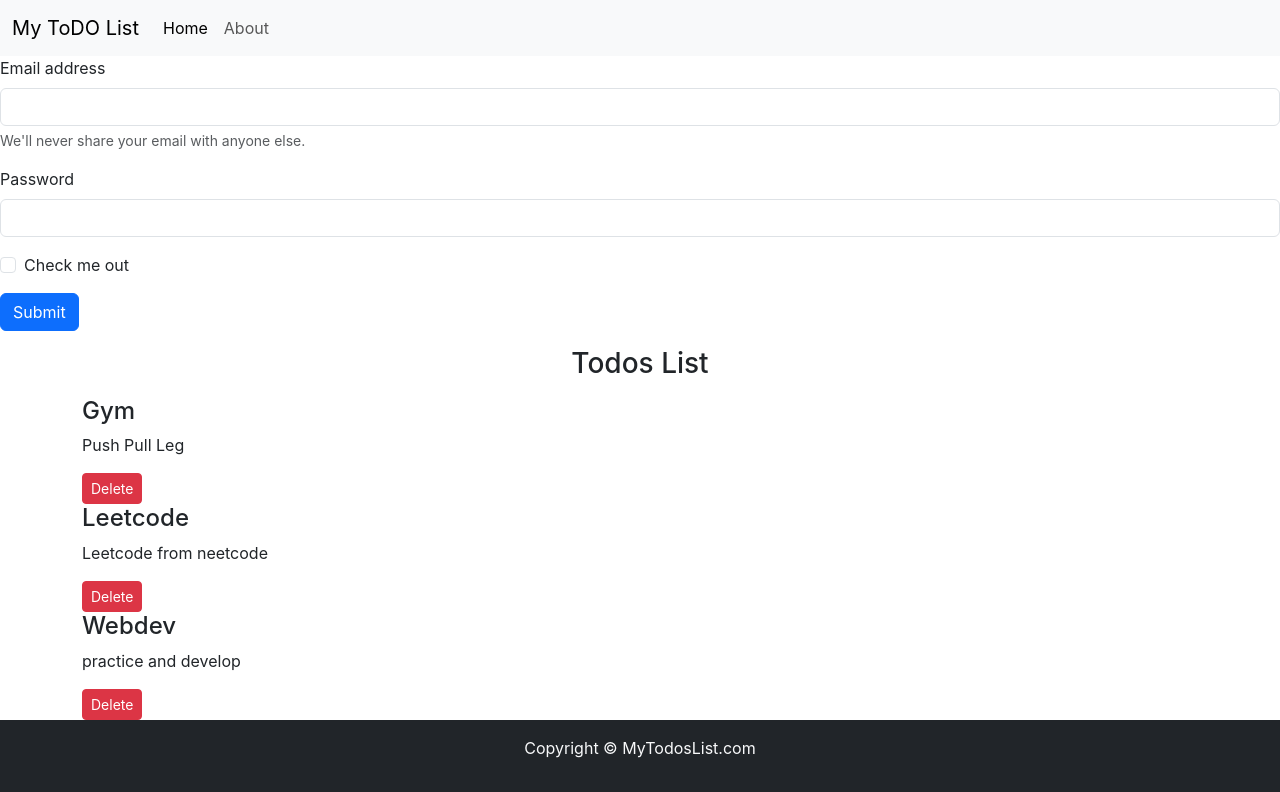
Repository: AshwinUgale/ToDoList
Page: /
The author's editor kept a copy of each file at every save. The page is drawn from the files as they stood at one save, then again after the next save.
The browser window is 1280 px wide. The pictures show the whole page.
The project was rebuilt for these pictures with package versions that can differ from the ones it lists, and the page was loaded fresh each time. Also part of the build but not shown: src/App.css.

Above is the page before, as saved 2024-12-21 17:01:08.

After the next save:
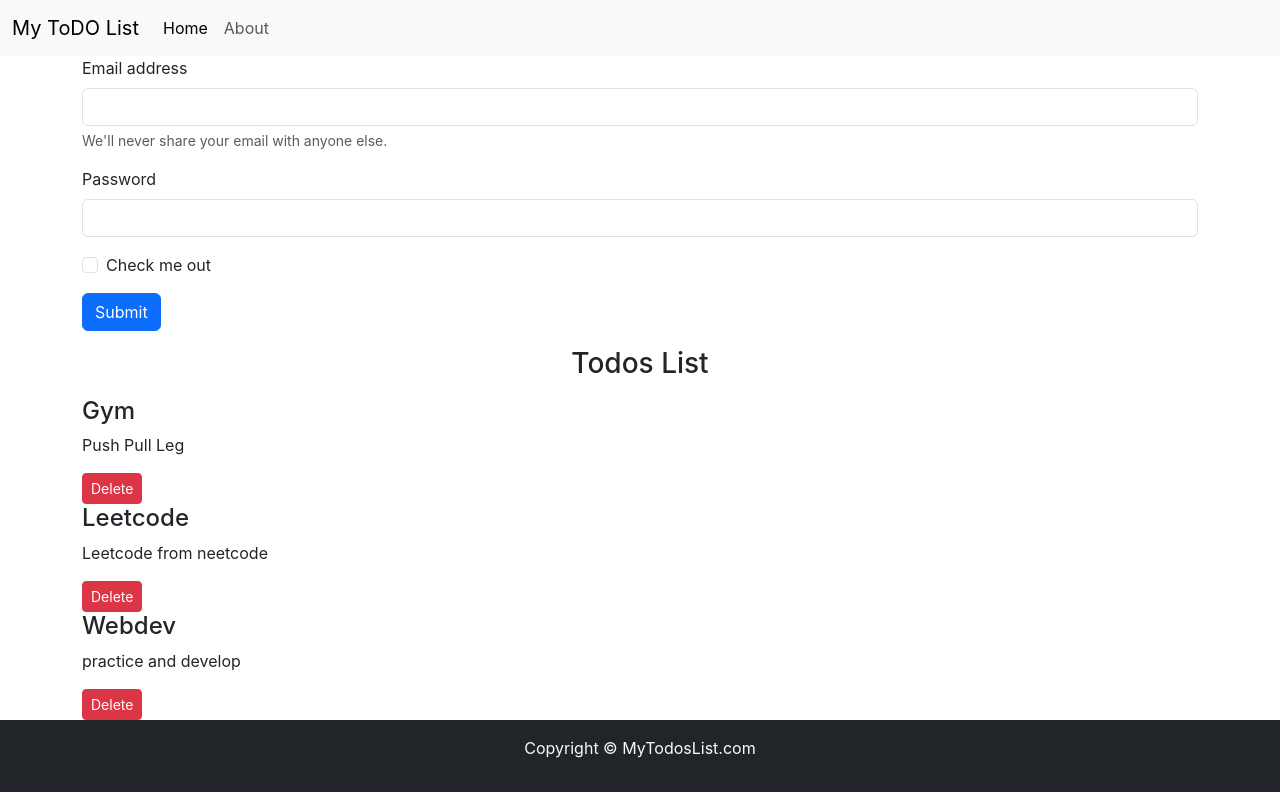
Saved 76 s later.
--- a/src/MyComponents/AddTodo.js
+++ b/src/MyComponents/AddTodo.js
@@ -2,7 +2,8 @@ import React from 'react'
 
 export const AddTodo = () => {
   return (
-    <div><form>
+    <div className='container'>
+        <form>
     <div class="mb-3">
       <label for="exampleInputEmail1" class="form-label">Email address</label>
       <input type="email" class="form-control" id="exampleInputEmail1" aria-describedby="emailHelp"/>
